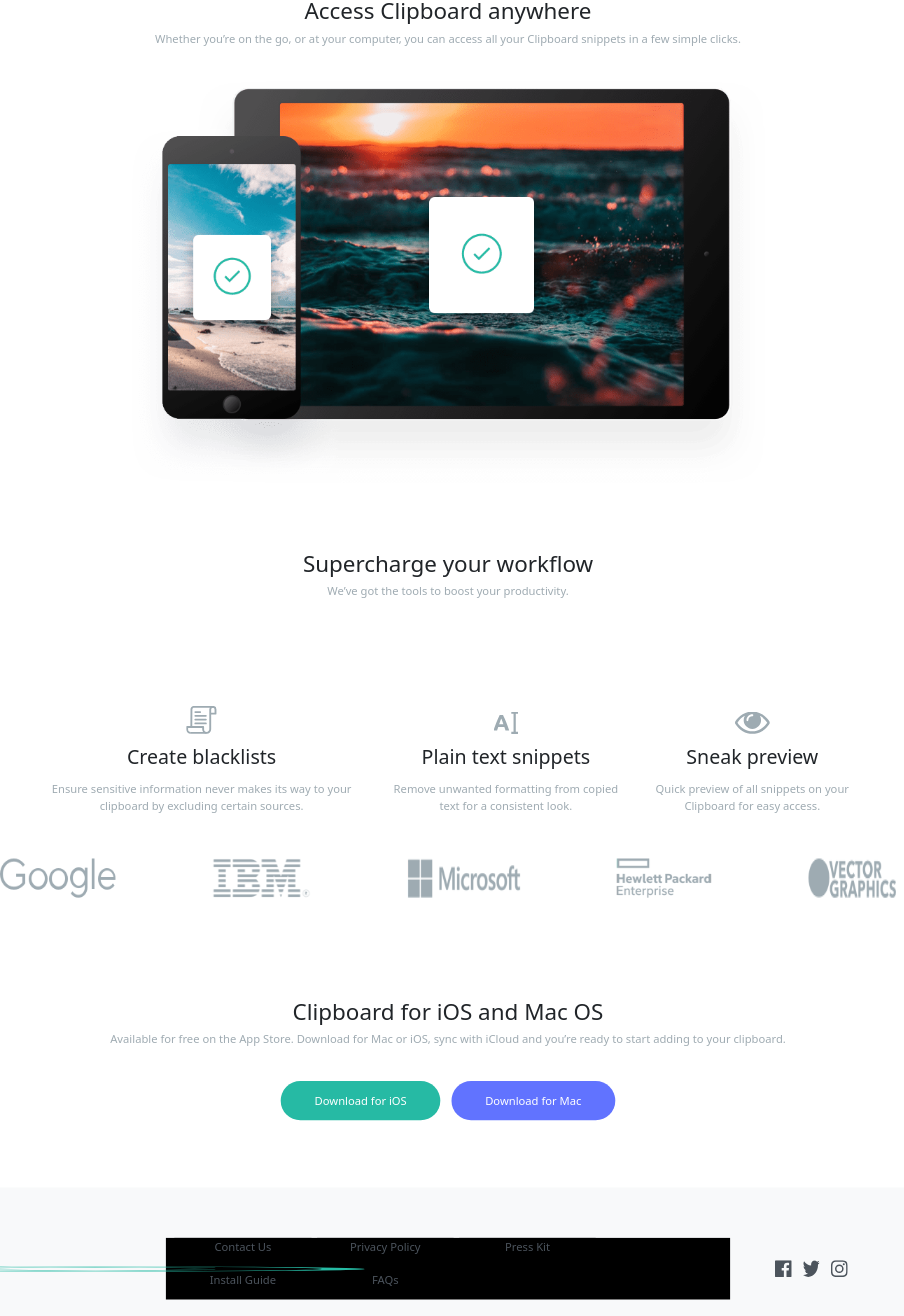
Repository: blordeus/clipboard-landing-page-master
Page: index.html
The author's editor kept a copy of each file at every save. The page is drawn from the files as they stood at one save, then again after a run of saves.
The browser window is 1280 px wide. The page is 1292 px wide, so the pictures cover 1292 px, including what lies to the right of the window. The pictures show the part of the page from y = 1339 to 3219 px (the page is 3219 px tall), at 70% of full size.
Some web fonts or font styles are not loaded; a fallback is used. The style sheet was rebuilt from its Sass, Less or Tailwind sources for each picture, by a compiler version that may differ from the author's.

Above is the page before, as saved 2023-09-04 18:39:54.

### index.html
<!DOCTYPE html>
<html lang="en">
  <head>
    <meta charset="UTF-8">
    <meta name="viewport" content="width=device-width, initial-scale=1.0">
    <!-- displays site properly based on user's device -->

    <link rel="icon" type="image/png" sizes="32x32"
      href="./images/favicon-32x32.png">
    <link rel="stylesheet" href="style.css">
    <link
      href="https://cdn.jsdelivr.net/npm/bootstrap@5.3.1/dist/css/bootstrap.min.css"
      rel="stylesheet"
      integrity="sha384-4bw+/aepP/YC94hEpVNVgiZdgIC5+VKNBQNGCHeKRQN+PtmoHDEXuppvnDJzQIu9"
      crossorigin="anonymous">
    <title>Frontend Mentor | Clipboard landing page</title>

  </head>
  <body>
    <main class="text-center">
      <header class="background py-4">
        <img src="./images/logo.svg" alt>
        <h1 class="mt-5 translate-bottom-y">A history of everything you copy</h1>
      </header>

      <p>
        Clipboard allows you to track and organize everything you
        copy. Instantly access your clipboard on all your devices.
      </p>

      <div
        class="d-grid d-md-flex justify-content-md-center gap-3 col-10 mx-auto my-5 pb-5">
        <button class="btn-cyan rounded-pill px-md-5">Download for iOS</button>
        <button class="btn-blue rounded-pill px-md-5">Download for Mac</button>
      </div>

      <h2 class="pt-5 pt-md-2">Keep track of your snippets</h2>

      <p class="pb-5">
        Clipboard instantly stores any item you copy in the cloud,
        meaning you can access your snippets immediately on all your
        devices. Our Mac and iOS apps will help you organize everything.
      </p>

      <section class="d-grid pb-5 mx-4 gap-5 mx-md-0 d-md-flex">
        <img class="img-fluid" src="./images/image-computer.png" alt="computer">
        <div
          class="text-md-start ms-md-5 d-md-flex flex-md-column justify-content-md-center gap-md-5">
          <div>
            <h3>Quick Search</h3>
            <p>Easily search your snippets by content, category, web address,
              application, and more.</p>
          </div>
          <div>
            <h3>iCloud Sync</h3>
            <p>Instantly saves and syncs snippets across all your devices.</p>
          </div>
          <div>
            <h3>Complete History</h3>
            <p>Retrieve any snippets from the first moment you started using the
              app.</p>
          </div>
        </div>
      </section>

      <section class="py-5 mx-4">
        <h2>Access Clipboard anywhere</h2>
        <p class="mb-5">
          Whether you’re on the go, or at your computer, you can access all your
          Clipboard
          snippets in a few simple clicks.
        </p>
        <img class="img-fluid" src="./images/image-devices.png" alt>
      </section>

      <section class="mx-3 py-5">
        <h2>Supercharge your workflow</h2>
        <p>We’ve got the tools to boost your productivity.</p>
      </section>

      <section
        class="py-5 d-md-flex flex-md-row justify-content-md-between align-content-md-center align-items-md-end mx-md-5 gap-md-4">
        <div>
          <img class="mb-5 mb-md-3 img-fluid" src="./images/icon-blacklist.svg"
            alt="blacklist">
          <h3 class="mb-3">Create blacklists</h3>
          <p>Ensure sensitive information never makes its way to your clipboard
            by excluding certain sources.</p>
        </div>
        <div>
          <img class="my-5 mb-md-3 img-fluid" src="./images/icon-text.svg"
            alt="blacklist">
          <h3 class="mb-3">Plain text snippets</h3>
          <p>Remove unwanted formatting from copied text for a consistent look.</p>
        </div>
        <div>
          <img class="my-5 mb-md-3 img-fluid" src="./images/icon-preview.svg"
            alt="blacklist">
          <h3 class="mb-3">Sneak preview</h3>
          <p>Quick preview of all snippets on your Clipboard for easy access.</p>
        </div>
      </section>

      <section
        class="d-flex flex-column col-6 gap-4 mx-auto mb-5 flex-md-row justify-content-md-between gap-md-5 col-md-12 pb-md-5">
        <img class="img-fluid" src="./images/logo-google.png" alt="google">
        <img class="img-fluid" src="./images/logo-ibm.png" alt="ibm">
        <img class="img-fluid" src="./images/logo-microsoft.png" alt="microsoft">
        <img class="img-fluid" src="./images/logo-hp.png" alt="hp">
        <img class="img-fluid" src="./images/logo-vector-graphics.png"
          alt="vector graphics">
      </section>

      <section class="my-5 mx-3 pt-md-5">
        <h2>Clipboard for iOS and Mac OS</h2>
        <p>
          Available for free on the App Store. Download for Mac or iOS, sync
          with iCloud
          and you’re ready to start adding to your clipboard.
        </p>
        <div
          class="d-grid d-md-flex justify-content-md-center gap-3 col-10 mx-auto my-5 pb-5">
          <button class="btn-cyan rounded-pill px-md-5">Download for iOS</button>
          <button class="btn-blue rounded-pill px-md-5">Download for Mac</button>
        </div>
      </section>

      <section
        class="d-flex flex-column gap-3 gap-md-0 pb-5 mt-5 bg-light flex-md-row px-md-5 pb-md-0 py-md-5 row mt-md-0 justify-content-md-between align-items-md-center">
        <img class="mx-auto pt-4 col-md-1 mx-md-5 footer-logo pt-md-0 col-4"
          src="./images/logo.svg" alt>
        <div
          class="my-4 d-grid gap-3 mx-auto footer-text d-md-flex row row-cols-md-4 align-items-md-baseline justify-content-md-start mx-md-0 gap-md-2 col-md-8">
          <p class="footer-text order-md-1">FAQs</p>
          <p class="footer-text ">Contact Us</p>
          <p class="footer-text">Privacy Policy</p>
          <p class="footer-text ">Press Kit</p>
          <p class="footer-text">Install Guide</p></div>
        <div
          class="icons d-flex flex-row justify-content-between mx-auto gap-3 col-md-1 mx-md-5">
          <img src="./images/icon-facebook.svg" alt>
          <img src="./images/icon-twitter.svg" alt>
          <img src="./images/icon-instagram.svg" alt>
        </div>
      </section>

      <footer>
        <p class="attribution d-none">
          Challenge by <a rel="noopener"
            href="https://www.frontendmentor.io?ref=challenge" target="_blank">Frontend
            Mentor</a>.
          Coded by <a href="#">Your Name Here</a>.
        </p>
      </footer>
    </main>
  </body>
</html>

### style.scss
@import url('https://fonts.googleapis.com/css2?family=Bai+Jamjuree:wght@400;600&family=Karla:wght@400;700&display=swap');

:root{
--Strong-Cyan: hsl(171, 66%, 44%);
--Light-Blue: hsl(233, 100%, 69%);
--Dark-Grayish-Blue: hsl(210, 10%, 33%);
--Grayish-Blue: hsl(201, 11%, 66%);
}
//reset
* {
    margin: 0;
    padding: 0;
    box-sizing: border-box;
}

body {
    font-family: 'Bai Jamjuree', sans-serif;
    font-size: 18px;
}

p {
    color: var(--Grayish-Blue);
}

//button
.btn-cyan {
    background-color: var(--Strong-Cyan);
    color: white;
    padding: 1rem;
    border: none;
    cursor: pointer;
}

.btn-blue {
    background-color: var(--Light-Blue);
    color: white;
    padding: 1rem;
    border: none;
    cursor: pointer;
}

.background {
    background-image: url(./images/bg-header-mobile.png);
    background-repeat: no-repeat;
    background-size: cover;
    background-position: center;
    height: 100%;
    width: 100%;
}

.footer-text {
    color: var(--Dark-Grayish-Blue);
    background-color: black;
}

.footer-logo {
    transform: scale(10,10%);
}


.attribution { font-size: 11px; text-align: center; }
.attribution a { color: hsl(228, 45%, 44%); }

//media query for 900px
@media screen and (min-width: 900px) {
    .background {
        background-image: url(./images/bg-header-desktop.png);
    }

}

After the next 2 saves:
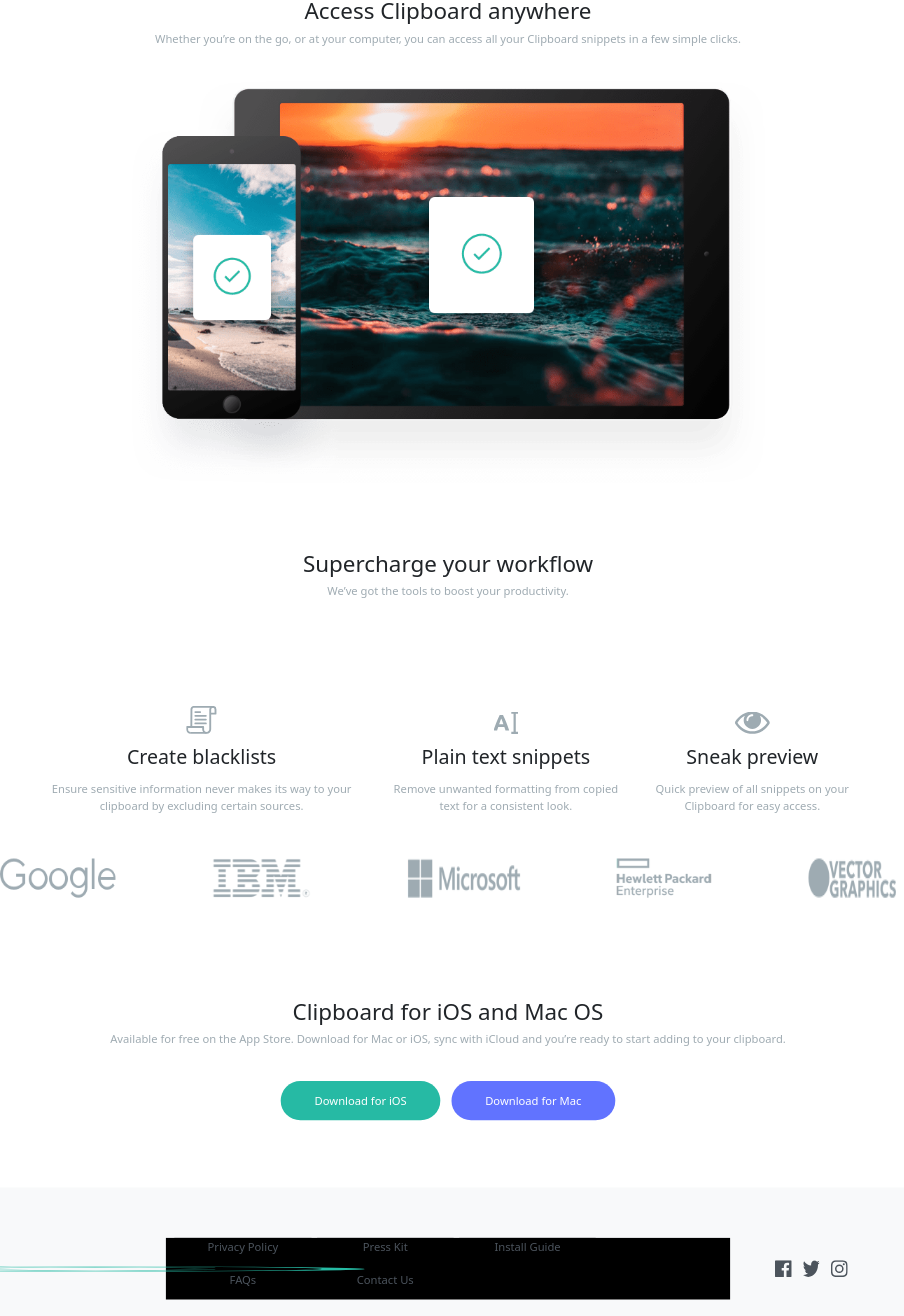
The 2 saves are shown as one change because they came seconds apart.
The last was saved 60 min 1 s later.
--- a/index.html
+++ b/index.html
@@ -132,7 +132,7 @@
         <div
           class="my-4 d-grid gap-3 mx-auto footer-text d-md-flex row row-cols-md-4 align-items-md-baseline justify-content-md-start mx-md-0 gap-md-2 col-md-8">
           <p class="footer-text order-md-1">FAQs</p>
-          <p class="footer-text ">Contact Us</p>
+          <p class="footer-text order-md-2">Contact Us</p>
           <p class="footer-text">Privacy Policy</p>
           <p class="footer-text ">Press Kit</p>
           <p class="footer-text">Install Guide</p></div>
